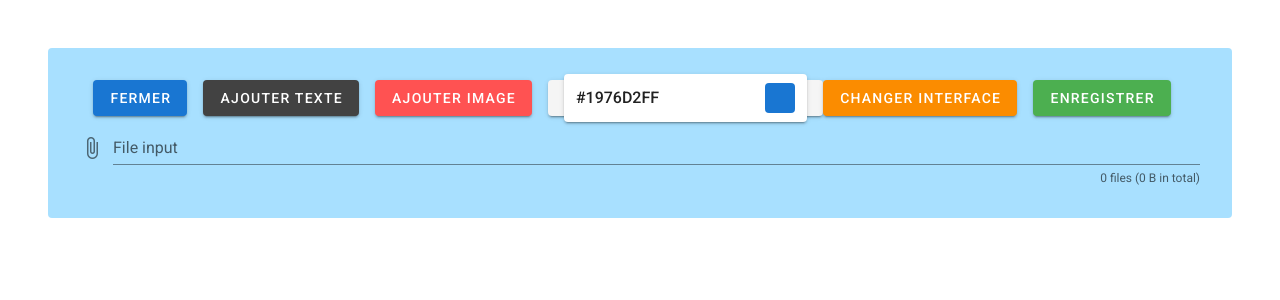
Repository: Hamagistral/BannerApp-Vue
Page: /#/dynamicPage
These files come from the project's save history. The page is drawn as it stood at one moment and after the next save; the edit follows.
The browser window is 1280 px wide. The pictures show the whole page.
The project was rebuilt for these pictures with package versions that can differ from the ones it lists, and the page was loaded fresh each time. Also part of the build but not shown: vue.config.js, src/components/WidgetText.vue, src/components/WidgetImage.vue, src/components/Home.vue.

Above is the page before, as saved 2023-02-07 01:47:39.

After the next save:
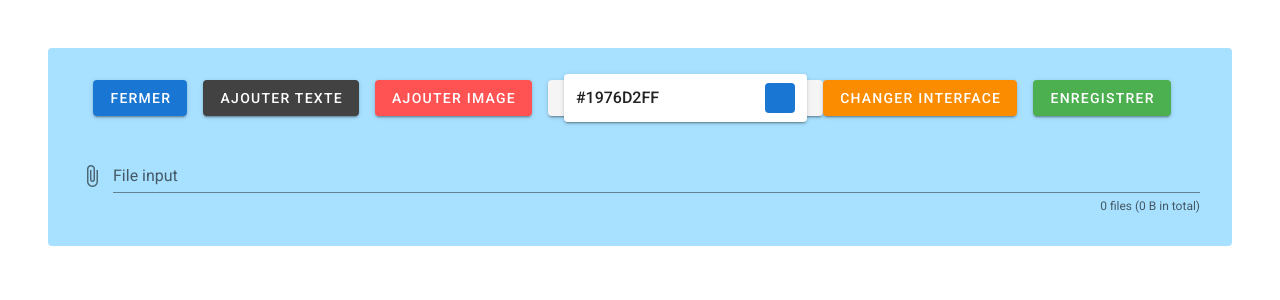
Saved 9 s later.
--- a/src/components/DynamicPage.vue
+++ b/src/components/DynamicPage.vue
@@ -40,13 +40,14 @@
         </v-btn>
 
 
-        <template class="mt-8">
+        <template>
           <v-file-input
             show-size
             counter
             multiple
             label="File input"
             v-model="chosenFile"
+            e class="mt-8"
           ></v-file-input>
         </template>
       </v-form>
